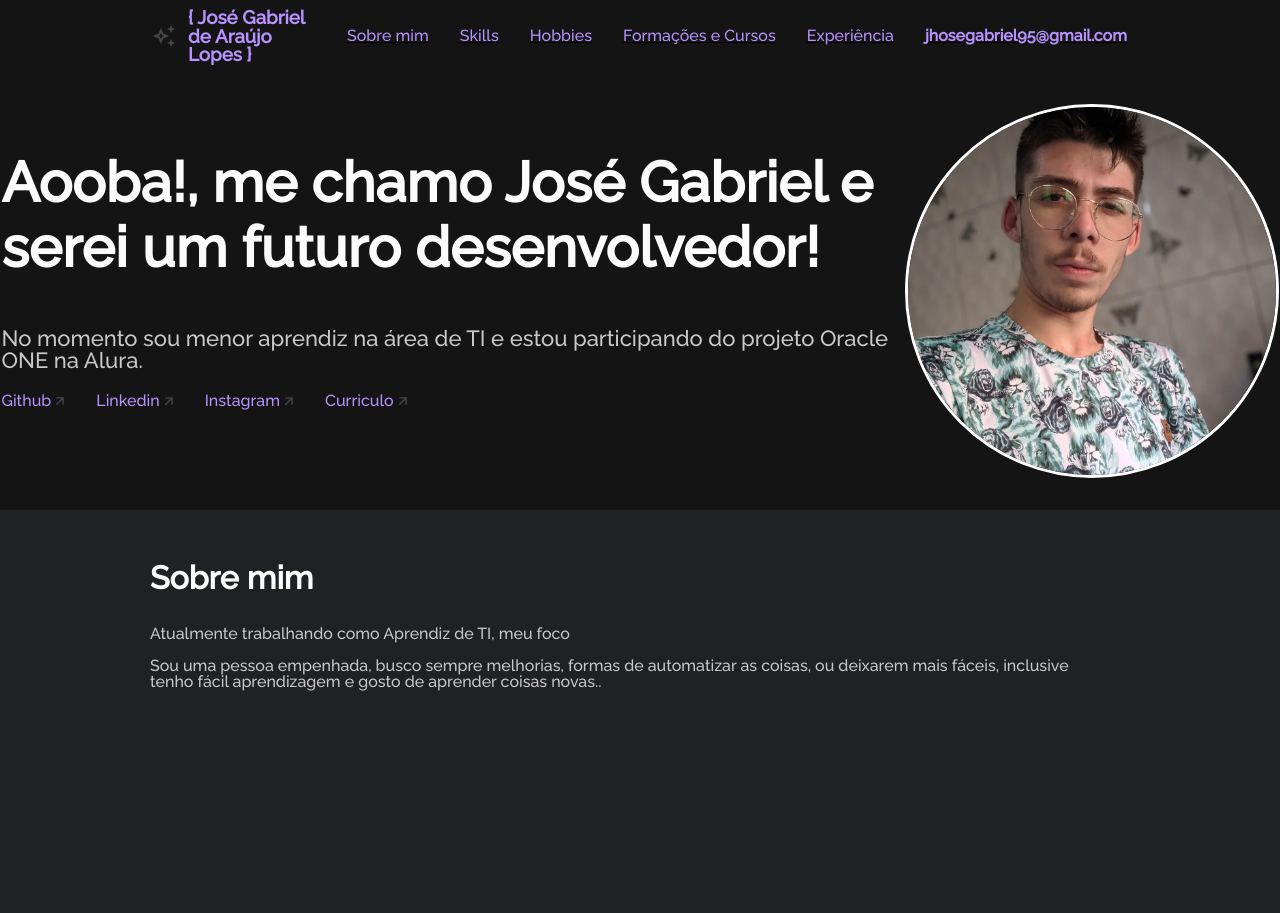
Repository: GabbLps/Portfolio
Page: index.html
These files come from the project's save history. The page is drawn as it stood at one moment and after the next save; the edit follows.
The browser window is 1280 px wide. The pictures show the whole page.

Above is the page before, as saved 2022-06-23 12:18:58.

### index.html
<!DOCTYPE html>
<html lang="en">
<head>
    <meta charset="UTF-8">
    <meta http-equiv="X-UA-Compatible" content="IE=edge">
    <meta name="viewport" content="width=device-width, initial-scale=1.0">

    <!-- Folha de estilo de CSS Linkado -->
    <link rel="stylesheet" href="style.css">

    <link rel="preconnect" href="https://fonts.googleapis.com">
    <link rel="preconnect" href="https://fonts.gstatic.com" crossorigin>

    <!-- Fonte do Projeto Raleway -->
    <link href="https://fonts.googleapis.com/css2?family=Raleway:wght@500&display=swap" rel="stylesheet">

    <title>Portifólio Pessoal</title>
</head>
<body>
    <!-- Menu Principal-->
    <div class="all">
        <section class="menu">
            <header>
                <img class="img__menu" src="assets\vector.png">
                <h3 class="menu__title">{ José Gabriel de Araújo Lopes }</h3>
            </header>
            <nav>
                <ul class="menu__list">
                    <li class="menu__list__item"><a href="#sobremim">Sobre mim</a></li>
                    <li class="menu__list__item"><a href="#skills">Skills</a></li>
                    <li class="menu__list__item"><a href="#hobbies">Hobbies</a></li>
                    <li class="menu__list__item"><a href="#formacao">Formações e Cursos</a></li>
                    <li class="menu__list__item"><a href="#xp">Experiência</a></li>
                    <li class="menu__list__item"><a href="#contato"><b>jhosegabriel95@gmail.com</b></a></li>
                </ul>
            </nav>
        </section>

        <!-- Sessão de Header/Title/Hero -->
        <section class="title">
            <div class="title__div">
                <img class="title__profile" src="assets\profile.jpg">
                <div class="title__container" id="#sobremim">
                    <h2 class="title__bio">Aooba!, me chamo José Gabriel e serei um futuro desenvolvedor!</h2>
                    <p class="title__subsection">No momento sou menor aprendiz na área de TI e estou participando do projeto Oracle ONE na Alura.</p>
                    <ul class="title__social__media">
                        <!-- Ponha os links de suas redes sociais favoritas -->
                        <li class="title__social__media__item"><a href="https://github.com/GabbLps" target="_blank">Github <img src="assets\arrow.png"> </a></li>
                        <li class="title__social__media__item"><a href="https://www.linkedin.com/in/josegabrielalopes/" target="_blank">Linkedin <img src="assets\arrow.png"></a></li>
                        <li class="title__social__media__item"><a href="https://www.instagram.com/gabbriel.lps/" target="_blank">Instagram <img src="assets\arrow.png"></a></li>
                        <li class="title__social__media__item"><a href="curriculo.pdf" target="_blank">Curriculo <img src="assets\arrow.png"></a></li>
                    </ul>
                </div>
            </div>
        </section>

        <!-- Sessão sobre mim -->
        <section class="about">
            <div class="about__container">
                <h3 class="about__title">Sobre mim</h3>
                <p class="about__paragraph">Atualmente trabalhando como Aprendiz de TI, meu foco  </p>
                <p class="about__paragraph">Sou uma pessoa empenhada,
                    busco sempre melhorias, formas de automatizar as coisas, ou deixarem mais fáceis, inclusive tenho fácil aprendizagem e gosto de aprender coisas novas..</p>
            </div>
        </section>


    </div>
</body>
</html>

### style.css
:root{
   /*--cor-de-fundo: #F5F5F5;
    --cor-de-link: #000;
    --cor-de-titulos: #464646;
    --cor-fundo-azul: #EAF2ED;
    --cor-caixas: #FBFBFB;
    --azul-botoes: #2A74E4; */
    --cor-de-fundo: #141414;
    --cor-de-fundo-secundaria: #1f2225;
    --cor-de-link: #B892FF;
    --cor-de-titulos: #cac7c7;
    --cor-fundo-azul: #EAF2ED;
    --cor-caixas: #FBFBFB;
    --azul-botoes: #2A74E4;
}

html {
    background-color: var(--cor-de-fundo);
}

body {
    box-sizing: border-box;
    background-color: var(--cor-de-fundo) ;
    font-family: 'Raleway';
    margin: 0;
    padding: 0;
    line-height: 1;
}

ol, ul,li {
    list-style: none;
}

a{
    text-decoration: none;
    color: var(--cor-de-link);
}

/*Sessão Menu*/

section.menu{
    display: flex;
    justify-content: space-between;
    align-items: center;
    align-content: flex-end;
    height: 10vh;
    margin: 0 153px;
}

section header {
    display: flex;
    align-items: center;
    font-weight: 700;
}

header h3 {
    color: var(--cor-de-link);
}

header img {
    margin-right: 13px;
    user-select: none;
}

/* Sessão lista de navegação  */

nav ul.menu__list {
    display: flex;
    justify-content: space-between;
    width: 780px;
    font-size: 16px;
    text-decoration: underline;
}

/*Sessão Title*/

div.title__div{
    display: flex;
    flex-direction: row-reverse;
    justify-content: space-around;
    align-content: center;
    margin: 0 auto;
}

div.title__container{
    width: 900px;
}

div.title__container h2{
    font-size: 56px;
    font-weight: 700;
    line-height: 65px;
}

section.title{
    margin: 32px 0;
}

div h2.title__bio{
    color: var(--cor-caixas);
}

.title__subsection {
    font-size: 22px;
    color: var(--cor-de-titulos);
    font-weight: 400;
    line-height: 22px;
}

.title__profile{
    width: 368px;
    height: 368px;
    border-radius: 50%;
    border: solid 3px #fff;
}

ul.title__social__media{
    display: flex;
    flex-direction: row;
    gap: 32px;
    padding: 0;
    font-weight: 500;
}

ul li.title__social__media__item{
    font-size: 16px;
    font-weight: 500;
}

/* Sessão about */

section.about{
    width: auto;
    height: 383px;
    background-color: var(--cor-de-fundo-secundaria);
    color: var(--cor-de-titulos);
    padding-top: 20px;
    padding-left: 150px;
    padding: auto;
}

/* Container sessão about me */

div.about__container{
    max-width: 920px;
}

.about__title {
    color: var(--cor-caixas);
    font-size: 32px;
    font-weight: 700;
}

.about__paragraph{
    font-size: 16px;
    line-height: 16px;
    font-weight: 400;
}

After the next save:
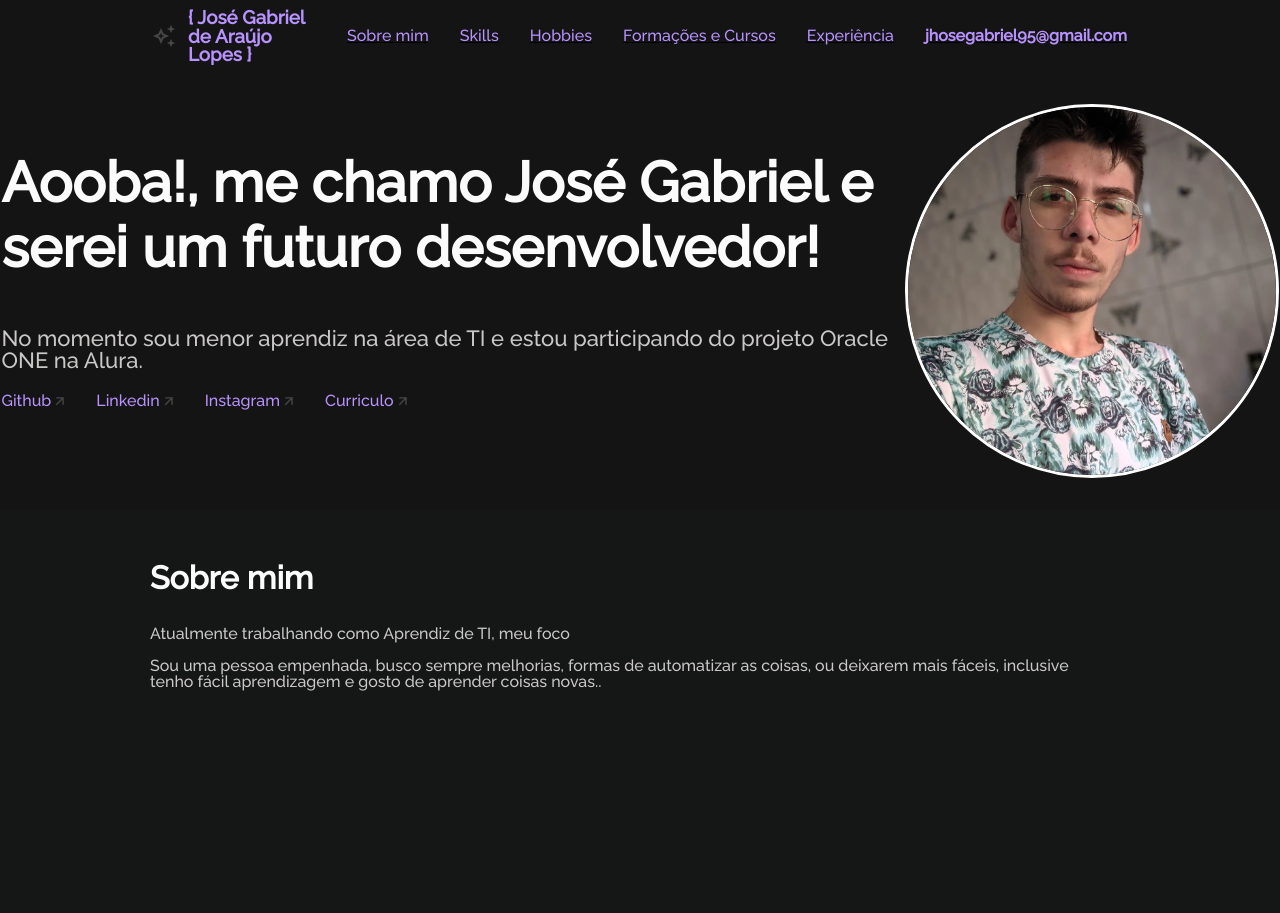
Saved 8 s later.
--- a/style.css
+++ b/style.css
@@ -6,7 +6,7 @@
     --cor-caixas: #FBFBFB;
     --azul-botoes: #2A74E4; */
     --cor-de-fundo: #141414;
-    --cor-de-fundo-secundaria: #1f2225;
+    --cor-de-fundo-secundaria: #151616;
     --cor-de-link: #B892FF;
     --cor-de-titulos: #cac7c7;
     --cor-fundo-azul: #EAF2ED;
